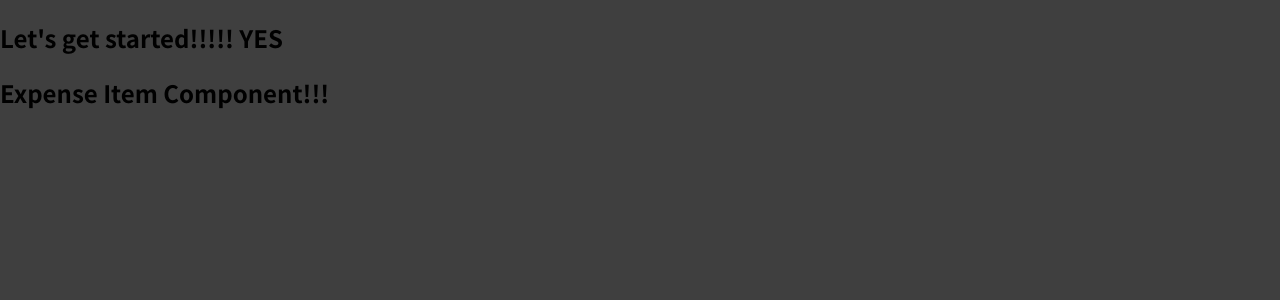
Repository: rkavinash/max-react-complete-guide
Page: /
The author's editor kept a copy of each file at every save. The page is drawn from the files as they stood at one save, then again after the next save.
The browser window is 1280 px wide. The pictures show the whole page.
The project was rebuilt for these pictures with package versions that can differ from the ones it lists, and the page was loaded fresh each time.

Above is the page before, as saved 2021-12-30 12:53:29.

### src/App.js
import ExpenseItem from "./components/ExpenseItem";

function App() {
  return (
    <div>
      <h2>Let's get started!!!!! YES</h2>
      <ExpenseItem></ExpenseItem>
    </div>
  );
}

export default App;

### src/components/ExpenseItem.js
import React from 'react';

function ExpenseItem() {
    return <h2> Expense Item Component!!! </h2>;
}

export default ExpenseItem;

Loaded but not shown: public/index.html (common file); src/index.js (common file); src/index.css (common file)

After the next save:
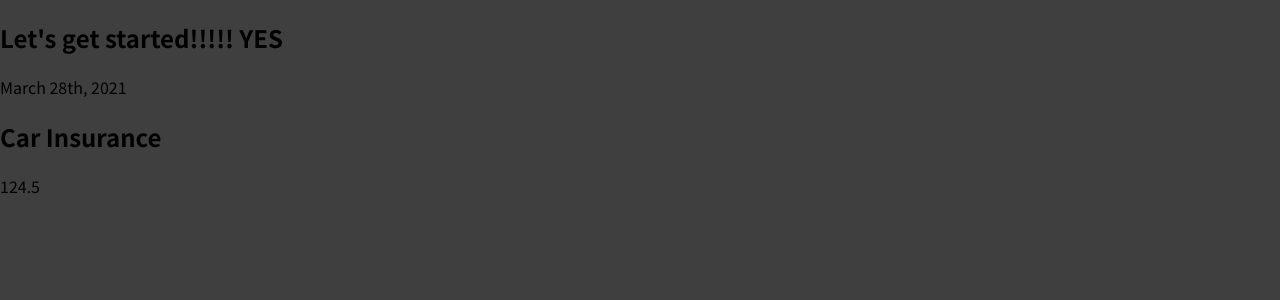
Saved 7 min 56 s later.
--- a/src/components/ExpenseItem.js
+++ b/src/components/ExpenseItem.js
@@ -1,7 +1,15 @@
 import React from 'react';
 
 function ExpenseItem() {
-    return <h2> Expense Item Component!!! </h2>;
+    return (
+        <div>
+            <div>March 28th, 2021</div>
+            <div>
+                <h2>Car Insurance</h2>
+                <div>124.5</div>
+            </div>
+        </div>
+    );
 }
 
 export default ExpenseItem;
